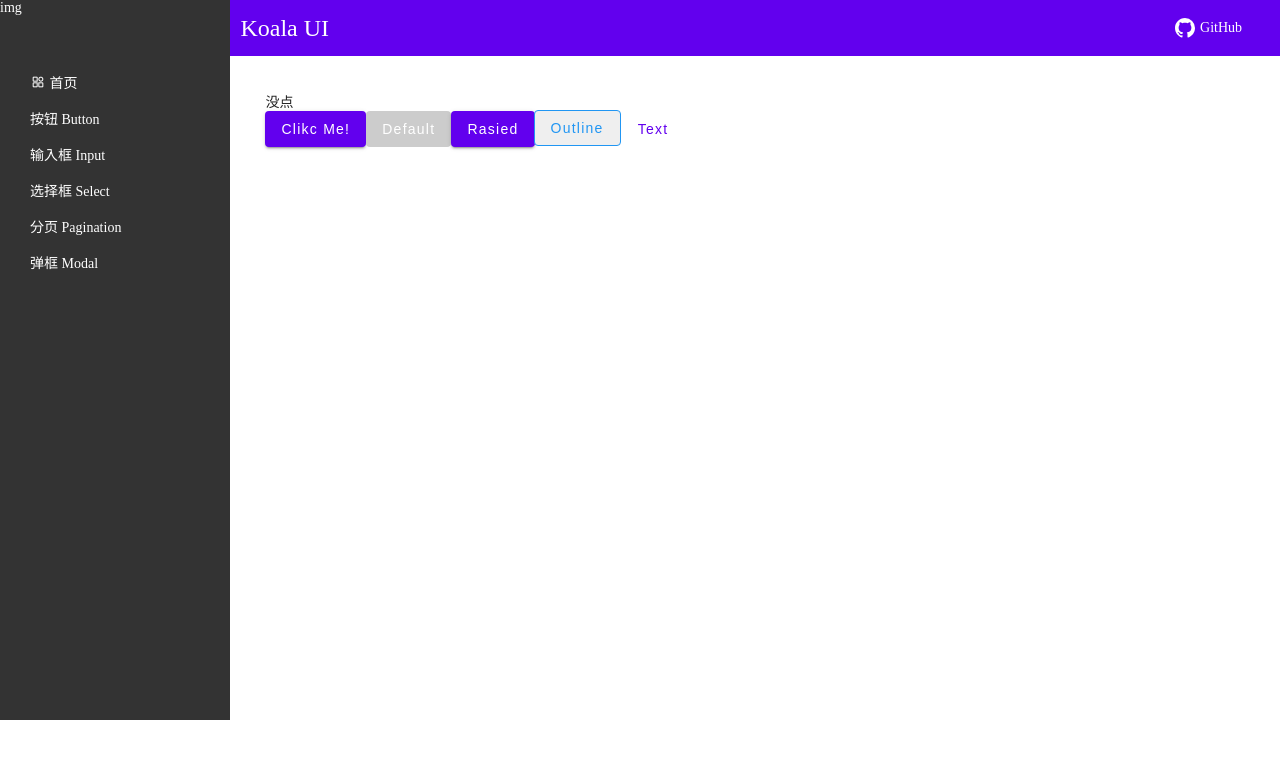
Repository: wyhsunflower/koalaUI
Page: /
These files come from the project's save history. The page is drawn as it stood at one moment and after the next save; the edit follows.
The browser window is 1280 px wide. The pictures show the whole page.
The project was rebuilt for these pictures with package versions that can differ from the ones it lists, and the page was loaded fresh each time. Also part of the build but not shown: webpack.config.js, src/components/Modal/Modal.vue. Imported but missing from the stored project, and not drawn on this page: src/views/go/go2.vue.

Above is the page before, as saved 2020-03-15 22:24:24.

### index.html
<!DOCTYPE html>
<html lang="en">
<head>
    <meta charset="UTF-8">
    <title>koala's UI</title>
</head>
<body>
<div id="app"></div>
</body>
</html>

### src/index.js
import Vue from 'vue';
import App from './app';
import './components/components.js'
import './styles/global.scss';
import './styles/iconfont/icon.scss'
import router from './router/route';


new Vue({
    router,
    render(h) {
        return h(App);
    }
}).$mount('#app');

### src/app.vue
<template>
    <div id="app" class="container">
        <SideBar></SideBar>
        <div class="right">
            <Header></Header>
            <div class="main">
                <transition>
                 <router-view></router-view>
                </transition>
            </div>
        </div>
    </div>
</template>
<script>
    import SideBar from './SideBar';
    import Header from './Header';
    export default {
        name: "app",
        components:{
            SideBar,
            Header
        },
    }
</script>

<style lang="scss" scoped>
    @import "styles/global";
    .container{
        width: 100%;
        display: flex;
        flex-flow: row nowrap;
        height: 100%;
    }
    .right{
        width: 82%;
        height: 100%;
    }
        .main{
            width: 100%;
            height: 100%;
            padding:2.5rem;
        }
</style>

### src/components/components.js
import Vue from 'vue'
import Button from './Button/Button';
import Modal from './Modal/Modal';

Vue.component('Button',Button);
Vue.component('Modal',Modal);

### src/styles/global.scss
$font-color: rgba(0,0,0, 0.87);
$color-btn-default:#ccc;
$color-btn-primary:#2196f3;
$color-btn-custom:#6200ee;
* {
    box-sizing: border-box;
}
html, body {
    margin: 0;
    padding: 0;
    font-size: 14px;
}
html{
    width: 100%;
    height: 100%;
    outline: none;
    font-size: 14px;
}
body {
    color: $font-color;
    font-size: 14px;
    height: 100%;
    width: 100%;
}
.koala-button{

    -moz-osx-font-smoothing: grayscale;
    -webkit-font-smoothing: antialiased;
    font-size: 1rem;
    line-height: 2.25rem;
    font-weight: 500;
    letter-spacing: .0892857143em;
    text-decoration: none;
    display: inline-flex;
    position: relative;
    align-items: center;
    justify-content: center;
    box-sizing: border-box;
    min-width: 64px;
    border: none;
    outline: none;
    line-height: 1;
    -webkit-user-select: none;
    -moz-user-select: none;
    -ms-user-select: none;
    user-select: none;
    -webkit-appearance: none;
    overflow: visible;
    vertical-align: middle;
    border-radius: 4px;
    cursor: pointer;

    padding: 0 1.145rem;
    min-width: 4.5rem;
    color: #fff;
    height: 2.572rem;
}

### src/styles/iconfont/icon.scss
@font-face {font-family: "iconfont";
  src: url('./iconfont.eot?t=1575969178796'); /* IE9 */
  src: url('./iconfont.eot?t=1575969178796#iefix') format('embedded-opentype'), /* IE6-IE8 */
       url('./iconfont.woff?t=1575969178796') format('woff'),
       url('./iconfont.ttf?t=1575969178796') format('truetype'), /* chrome, firefox, opera, Safari, Android, iOS 4.2+ */
       url('./iconfont.svg?t=1575969178796#iconfont') format('svg'); /* iOS 4.1- */
}
.iconfont {
  font-family: "iconfont" !important;
  font-size: 16px;
  font-style: normal;
  -webkit-font-smoothing: antialiased;
  -moz-osx-font-smoothing: grayscale;
}
.icon-all:before {
  content: "\e6ef";
}

### src/router/route.js
import Router from 'vue-router';
import Vue from 'vue';
//import Home from '../app';
//import Button from '../components/Button/Button';
import Home from '../views/home';


const routerListDir=[];

function importAllRouter(r) {
    r.keys().forEach(
        (key)=>routerListDir.push(r(key).default)
    )
}

importAllRouter(require.context('../router',true,/\.router\.js/));
Vue.use(Router);
console.log(routerListDir);

export default new Router({
    routes: [
        ...routerListDir,
        { path: '/',component:Home},
        //{ path: '/button',component:Button},
    ]
});

### src/SideBar.vue
<template>
    <div class="side">
        <div class="top">
            <div>img</div>
            <!--<img src="./static/img/logo.jpg">-->
        </div>
        <ul class="side-list">
            <li v-for="x of lists">
                <i class="iconfont" :class="x.icon"></i>
                {{x.name}}
            </li>
        </ul>
    </div>
</template>

<script>
    export default {
        name: "SideBar",
        data(){
            return{
                lists:[
                    {
                        name:'首页',
                        icon:'icon-all',
                    },
                    {
                        name:'按钮 Button',
                        icon:'button',
                    },
                    {
                        name:'输入框 Input',
                        icon:'input',
                    },
                    {
                        name:'选择框 Select',
                        icon:'select',
                    },
                    {
                        name:'分页 Pagination',
                        icon:'pagination',
                    },
                    {
                        name:'弹框 Modal',
                        icon:'modal',
                    },
                ],
            }
        },
    }
</script>

<style lang="scss" scoped>
    .side {
        max-width: 300px;
        width: 18%;
        background: rgba(0,0,0,.8);
        height: 100%;
        color: #fff;
    }
    .top {
        height: 50px;
    }
    ul{
        list-style: none;
        padding: 0;
    }
    li{
        padding: 8px 30px;
        &:hover{background: rgba(0,0,0,.2);}
    }
</style>

### src/Header.vue
<template>
    <div class="header">
        <div class="title">Koala UI</div>
        <div class="right">
            <!-- <div class="search">GitHub</div> -->
            <div class="config">
                <svg width="20" height="20" viewBox="0 0 20 20" xmlns="http://www.w3.org/2000/svg">
                <title>github-circle-white-transparent</title>
                    <path d="M10 0C4.477 0 0 4.477 0 10c0 4.42 2.87 8.17 6.84 9.5.5.08.66-.23.66-.5v-1.69c-2.77.6-3.36-1.34-3.36-1.34-.46-1.16-1.11-1.47-1.11-1.47-.91-.62.07-.6.07-.6 1 .07 1.53 1.03 1.53 1.03.87 1.52 2.34 1.07 2.91.83.09-.65.35-1.09.63-1.34-2.22-.25-4.55-1.11-4.55-4.92 0-1.11.38-2 1.03-2.71-.1-.25-.45-1.29.1-2.64 0 0 .84-.27 2.75 1.02.79-.22 1.65-.33 2.5-.33.85 0 1.71.11 2.5.33 1.91-1.29 2.75-1.02 2.75-1.02.55 1.35.2 2.39.1 2.64.65.71 1.03 1.6 1.03 2.71 0 3.82-2.34 4.66-4.57 4.91.36.31.69.92.69 1.85V19c0 .27.16.59.67.5C17.14 18.16 20 14.42 20 10A10 10 0 0 0 10 0z" fill="#FFF" fill-rule="evenodd"/>
                </svg>
                <div class="github">GitHub</div>
            </div>
        </div>
    </div>
</template>

<script>
    export default {
        name: "Header"
    }
</script>

<style lang="scss" scoped>
    .header{
        width: 100%;
        display: flex;
        justify-content: space-between;
        align-items: center;
        background-color:#6200ee;
        height:56px;
    }
    .title{
        width: 70%;
        color:#fff;
        font-size:24px;
        padding-left:10px;
    }
    .right{
        width: 10%;
    }
    .config{
        display:flex;
        align-items:center;
        cursor:pointer;
    }
    .github{
        color:#fff;
        font-size: 1rem;
        padding-left:5px;
    }
</style>

### src/components/Button/Button.vue
<template>
    <component
            class="koala-button"
            :class="buttonType"
            is="button"
            @click="onClick"
    >
        <slot></slot>
    </component>
</template>

<script>
    //type color icon
    export default {
        name: "Button",
        // ['type','color','diabled','size'],
        props: {
            type:{
                type: String,
                default:'default', // 'default', 'rasied , 'text', 'outline'
            },
            color:{
                type: String,
                default: 'default', // 'default', 'primary', 'custom'
            },
            size:{
                type: String,
                default: 'normal' // 'small', 'normal', 'large','custom'
            },
            disabled: {
                type: Boolean,
                default: false
            }
        },
        data(){
            return{
            }
        },
        components:{

        },
        computed:{
            buttonType(){
                const buttonClass = {
                    "outline": [`koala-button-${this.type}`,`koala-button-ouline-color-${this.color}`],
                    "text": [`koala-button-${this.type}`,`koala-button-text-color-${this.color}`],
                    "default": [`koala-button-${this.type}`,`koala-button-color-${this.color}`],
                    "rasied": [`koala-button-${this.type}`,`koala-button-color-${this.color}`],
                }
                return buttonClass[this.type]
            },
        },
        methods:{
            onClick(e){
                this.$emit('click', e);
            }
        },
        mounted(){
        },
    }
</script>

<style lang="scss" scoped >
    @import "../../styles/global.scss";
// .koala-button{
//     background-color:#ccc;
//     min-width: 4.5rem;
//     border-radius: .25rem;
//     color: #fff;
//     font-size: .875rem;
//     font-weight: 300;
//     box-sizing: border-box;
//     position: relative;
//     -webkit-user-select: none;
//     -moz-user-select: none;
//     -ms-user-select: none;
//     user-select: none;
//     cursor: pointer;
//     outline: none;
//     border: none;
//     -webkit-tap-highlight-color: transparent;
//     display: inline-block;
//     white-space: nowrap;
//     text-decoration: none;
//     vertical-align: baseline;
//     text-align: center;
//     margin: 0;
//     min-width: 64px;
//     line-height: 36px;
//     padding: 0 16px;
//     border-radius: 4px;
//     overflow: visible;
//     transform: translate3d(0, 0, 0);
//     transition: background 400ms cubic-bezier(0.25, 0.8, 0.25, 1),box-shadow 280ms cubic-bezier(0.4, 0, 0.2, 1);
// }
    .koala-button-default{
        box-shadow: 0 0 0 0 rgba(0,0,0,.2), 0 0 0 0 rgba(0,0,0,.14), 0 0 0 0 rgba(0,0,0,.12);
    }
    .koala-button-rasied{
        box-shadow: 0px 3px 1px -2px rgba(0, 0, 0, 0.2), 0px 2px 2px 0px rgba(0, 0, 0, 0.14), 0px 1px 5px 0px rgba(0,0,0,.12);
        transition: box-shadow 280ms cubic-bezier(0.4, 0, 0.2, 1);
    }
    .koala-button-text{
        background-color: transparent;
        // color: $color-btn-primary;
    }
    .koala-button-outline{
        top: -1px;
        left: -1px;
        // border: 1px solid transparent;
        // color:$color-btn-primary;
        // border-color: $color-btn-primary;
    }
    .koala-button-color-default{
        background-color:$color-btn-default;
    }
    .koala-button-color-primary{
        background-color:$color-btn-primary;
    }
    .koala-button-color-custom{
        background-color:$color-btn-custom;
    }
    .koala-button-ouline-color-default{
        border: 1px solid transparent;
        color:$color-btn-default;
        border-color: $color-btn-default;
    }
    .koala-button-ouline-color-primary{
        border: 1px solid transparent;
        color:$color-btn-primary;
        border-color: $color-btn-primary;
    }
    .koala-button-ouline-color-custom{
        border: 1px solid transparent;
        color:$color-btn-custom;
        border-color: $color-btn-custom;
    }
    .koala-button-text-color-default{
        color: $color-btn-default;
    }
    .koala-button-text-color-primary{
        color: $color-btn-primary;
    }
    .koala-button-text-color-custom{
        color: $color-btn-custom;
    }
</style>

### src/views/home.vue
<template>
    <div class="main-container">
        <div>{{message}}</div>
        <Button @click="showModal" type="rasied" color="custom">Clikc Me!</Button>
        <Modal v-if="modal" :self="this" :confirmCallback="confirmWay" :cancelCallback="cancelWay">
            <div>Modal组件</div>
            <div>Modal组件</div>
            <div>Modal组件</div>
            <div>Modal组件</div>
            <div>Modal组件</div>
            <div>Modal组件</div>
        </Modal>
        <Button @click="clicked('default')" type="default" color="default">Default</Button>
        <Button @click="clicked('rasied')" type="rasied" color="custom">Rasied</Button>
        <Button @click="clicked('outline')" type="outline" color="primary">Outline</Button>
        <Button @click="clicked('text')" type="text" color="custom">Text</Button>
    </div>
</template>

<script>
    // import Modal from '../components/Modal/Modal.vue'
    // import Button from '../components/Button/Button.vue'
    export default {
        name: "home",
        data(){
            return{
                modal:false,
                message:'没点'
            }
        },
        // components:{
        //     Button
        // },
        methods:{
            showModal(){
                this.modal = true
            },
            confirmWay(){
                this.message = '确定'
            },
            cancelWay(){
                this.message = '取消了'
            },
            clicked(name){
                alert(name)
            },
        },
    }
</script>

<style scoped>

</style>

### src/router/button.router.js
import Button from '../components/Button/Button';
export default {
    path: '/button',
    name: 'button',
    component:Button,
    children:[]
}

### src/router/modal.router.js
import Modal from '../components/Modal/Modal';
export default {
    path: '/modal',
    name: 'modal',
    component:Modal,
}

### src/router/sample.router.js
import Sample from '../views/go/go2.vue';
export default {
    path: '/sample',
    name: 'sample',
    component:Sample,
}

After the next save:
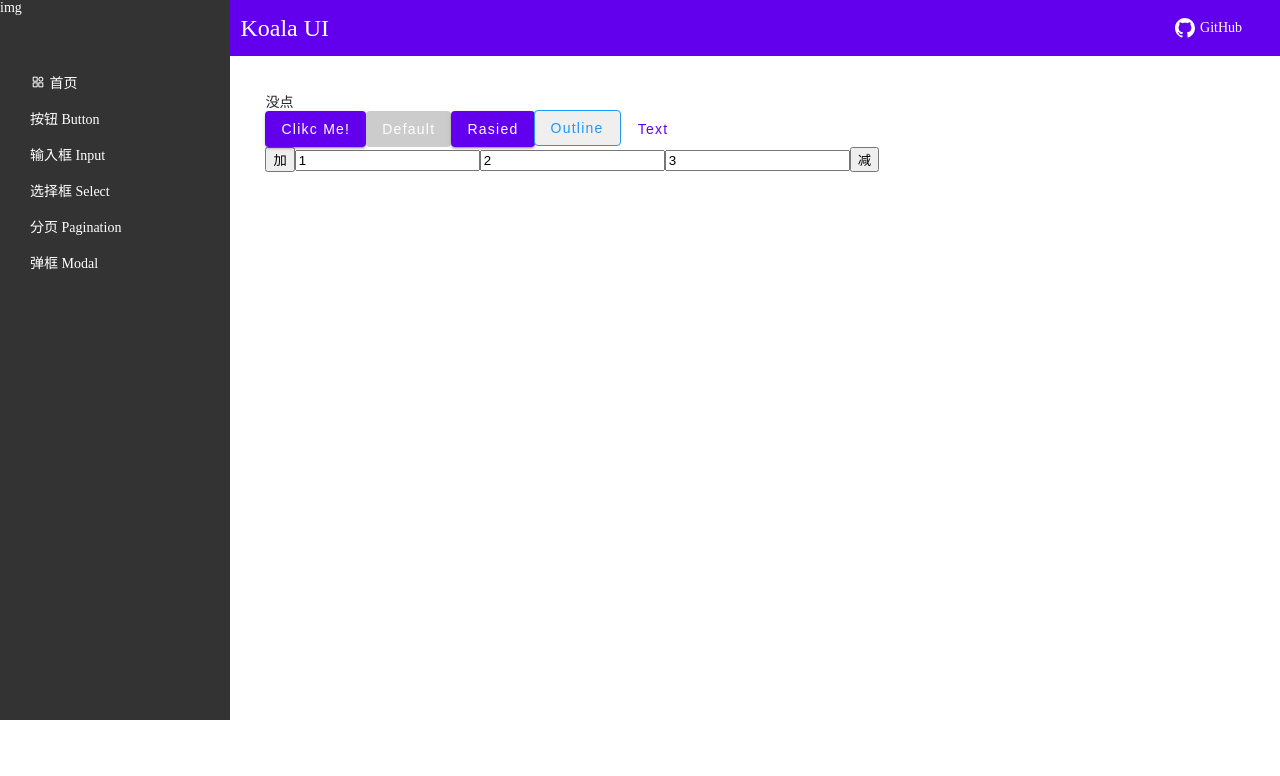
Saved 3 days later.
--- a/src/views/home.vue
+++ b/src/views/home.vue
@@ -14,6 +14,13 @@
         <Button @click="clicked('rasied')" type="rasied" color="custom">Rasied</Button>
         <Button @click="clicked('outline')" type="outline" color="primary">Outline</Button>
         <Button @click="clicked('text')" type="text" color="custom">Text</Button>
+        <div>
+        <button click="">加</button>
+        <input type="number"  value="1">
+        <input type="number" value="2">
+        <input type="number" value="3">
+        <button click="">减</button>
+        </div>
     </div>
 </template>
 
